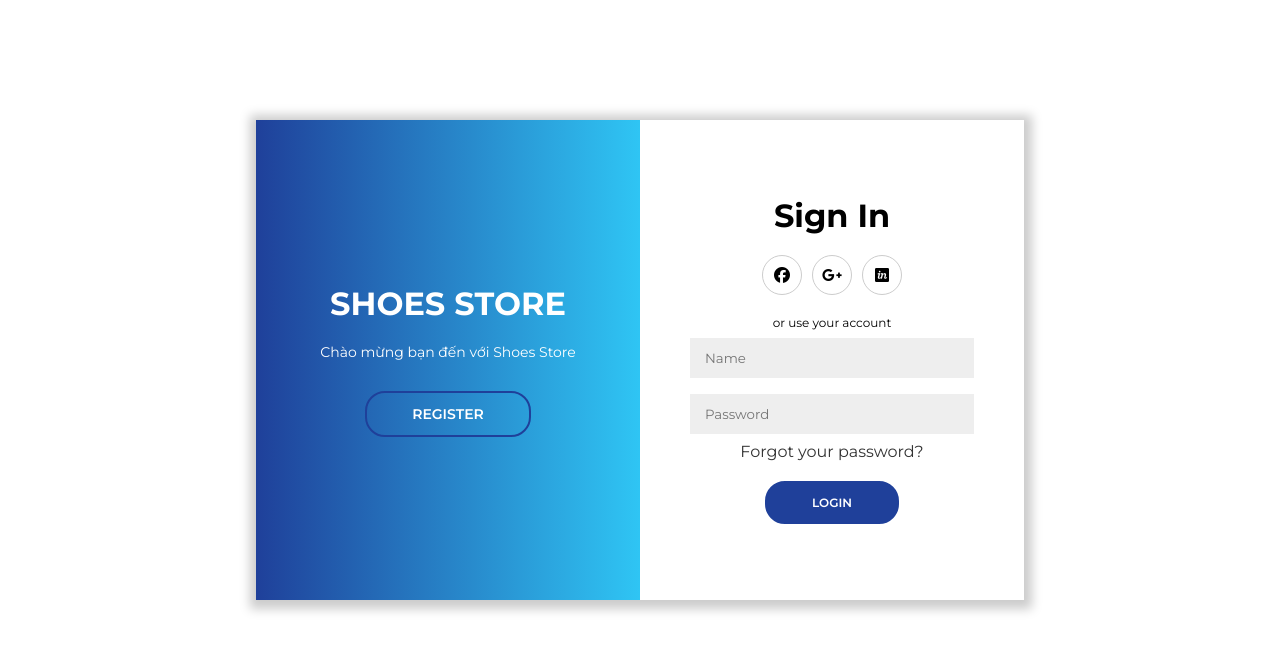
Repository: levananh202ht/Shoes-Store
Page: FondEnd/Styles/login.html
These files come from the project's save history. The page is drawn as it stood at one moment and after the next save; the edit follows.
The browser window is 1280 px wide. The pictures show the whole page.

Above is the page before, as saved 2023-12-23 14:49:17.

### FondEnd/Styles/login.html
<!DOCTYPE html>
<html lang="en">
<head>
    <meta charset="UTF-8">
    <meta name="viewport" content="width=device-width, initial-scale=1.0">
    <link rel="stylesheet" href="https://cdnjs.cloudflare.com/ajax/libs/font-awesome/6.5.1/css/all.min.css" integrity="sha512-DTOQO9RWCH3ppGqcWaEA1BIZOC6xxalwEsw9c2QQeAIftl+Vegovlnee1c9QX4TctnWMn13TZye+giMm8e2LwA==" crossorigin="anonymous" referrerpolicy="no-referrer" />
    <link rel="stylesheet" href="./login.css">
    <title>Document</title>
</head>
<body>
    <div class="container">

        <div class="container_title">
            <h1>SHOES STORE</h1>
            <p>Chào mừng bạn đến với Shoes Store</p>
            <button><a href="./Register.html">REGISTER</a></button>
        </div>

        <div class="container_from">

            <h1>Sign In</h1>
            <ul>
                <li>
                    <a href="https://www.facebook.com/"><i class="fa-brands fa-facebook"></i></a>
                </li>
                <li>
                    <a href="https://www.google.com.vn/"><i class="fa-brands fa-google-plus-g"></i></a>
                </li>
                <li>
                    <a href=""><i class="fa-brands fa-invision"></i></a>
                </li>
            </ul>
            <p class="container_from-title1">or use your account</p>
            <input type="name" placeholder="Name">
            <input type="password" placeholder="Password">
            <a href="/#">Forgot your password?</a>
            <button>LOGIN</button>

        </div>

    </div>
</body>
</html>

### FondEnd/Styles/login.css
@import url('https://fonts.googleapis.com/css2?family=Montserrat:ital,wght@0,200;0,300;0,400;0,500;0,600;0,700;1,200;1,300;1,400;1,500;1,600;1,700&display=swap');


* {
    margin: 0;
    padding: 0;
    box-sizing: border-box;
    font-family: 'Montserrat', sans-serif;
}
body{
    display: flex;
    height: 100vh;
    align-items: center;
    justify-content: center;
}
.container {
    display: flex;
    width: 768px;
    height: 480px;
    background: #fff;
    box-shadow:1px 2px 10px 7px #ccc  ;
}
.container .container_title {
    background: linear-gradient(to right, #1f409a, #2fc5f4);
    width: 50%;
    color: #fff;
    display: flex;
    flex-direction: column;
    align-items: center;
    justify-content: center;
}
.container .container_title h1 {
    font-size: 32px;
    font-weight: 700;
}
.container .container_title p {
    margin: 20px 0 30px;
    font-size: 14px;
    font-weight: 400;
}
.container .container_title button {
    border-radius: 20px;
    border: 2px solid #1f409a;
    padding: 12px 45px;
    background-color: transparent;
}
.container .container_title button:hover{
    background-color: #1f409a;
    border-color: transparent;
}
.container .container_title button a {
    font-size: 14px;
    text-decoration: none;
    color: #fff;
    font-weight: 600;
}
.container .container_from{
    width: 50%;
    padding: 0 50px;
    display: flex;
    flex-direction: column;
    align-items: center;
    justify-content: center;
    background-color: #FFFFFF;
}
.container .container_from h1 {
    font-size: 32px;
    text-align: center;
    font-weight: 700;
}
.container .container_from ul {
    display: flex;
    list-style: none;
    margin: 20px 0;
}
.container .container_from ul li {
    border-radius: 50%;
    border: 1px solid #ccc;
    display: inline-flex;
    justify-content: center;
    align-items: center;
    margin: 0 5px;
    height: 40px;
    width: 40px;
}
.container .container_from ul li a i {
    color: #000;
}
.container .container_from .container_from-title1 {
    font-size: 12px;
    color: #000;
}
.container .container_from input {
    background-color: #eee;
    border: none;
    padding: 12px 15px;
    width: 100%;
    margin: 8px 0;
}
.container .container_from a {
    color: #333;
    text-decoration: none;
}
.container .container_from  button {
    margin-top: 20px;
    padding: 12px 45px;
    border-radius: 20px;
    border:  2px solid #1f409a;
    font-size: 12px;
    font-weight: 600;
    color: #fff;
    background-color: #1f409a;
}
.container .container_from  button:hover {
    color: #000;
    background-color: #fff;
}

After the next save:
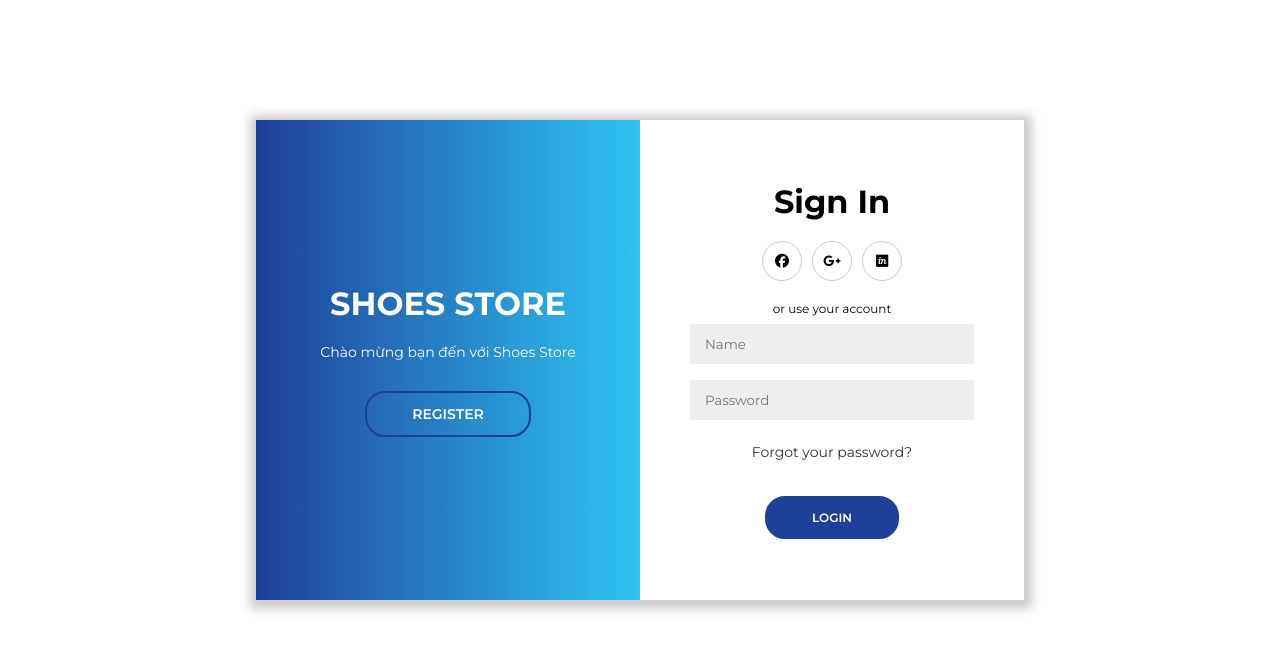
Saved 1 s later.
--- a/FondEnd/Styles/login.css
+++ b/FondEnd/Styles/login.css
@@ -100,6 +100,8 @@ body{
 .container .container_from a {
     color: #333;
     text-decoration: none;
+    margin: 15px 0;
+    font-size: 14px;
 }
 .container .container_from  button {
     margin-top: 20px;
